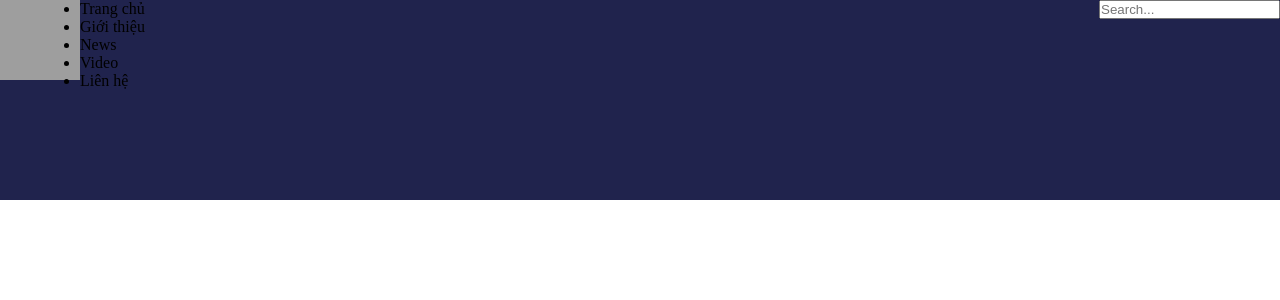
Repository: Luong-tung/newtopics
Page: index2.html
These files come from the project's save history. The page is drawn as it stood at one moment and after the next save; the edit follows.
The browser window is 1280 px wide. The pictures show the whole page.
Pictures or frames that could not be fetched are drawn as grey boxes. Some web libraries are served in a nearby version.

Above is the page before, as saved 2021-10-07 17:51:44.

After the next save:
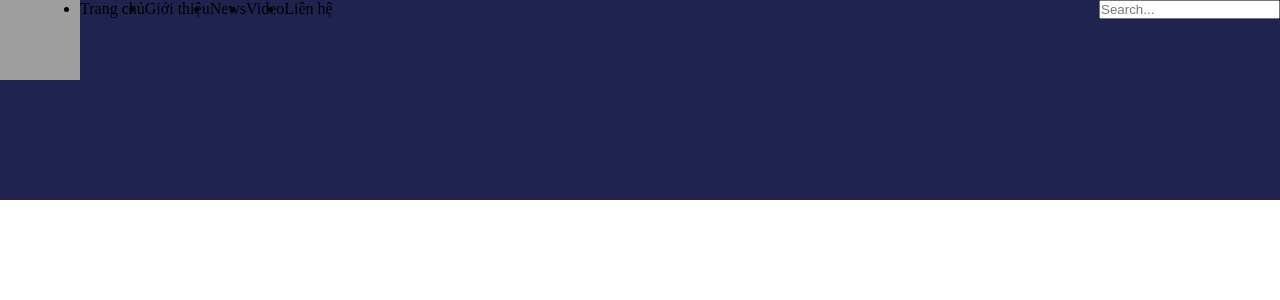
Saved 42 s later.
--- a/iu2.css
+++ b/iu2.css
@@ -20,3 +20,6 @@
     display: flex;
 
 }
+.header .logo ul{
+    display: flex;
+}
